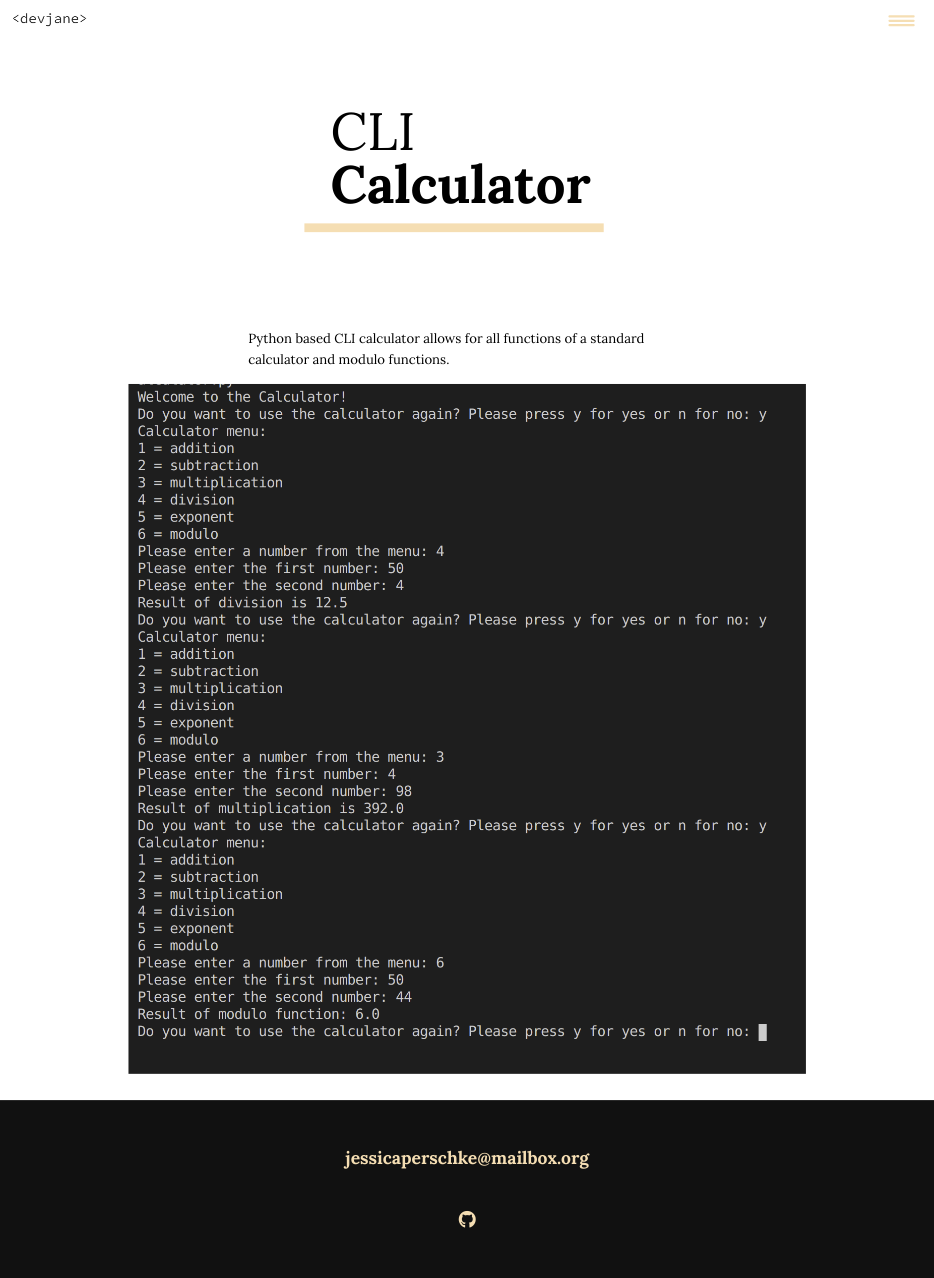
Repository: DinoDime/site
Page: portfolio-item3.html
An editor plug-in stored every save of this project. The page is shown before and after the next save, followed by the edit.
The browser window is 1280 px wide. The pictures show the whole page, at 73% of full size.
Some web libraries are served in a nearby version.

Above is the page before, as saved 2021-05-03 11:10:49.

After the next save:
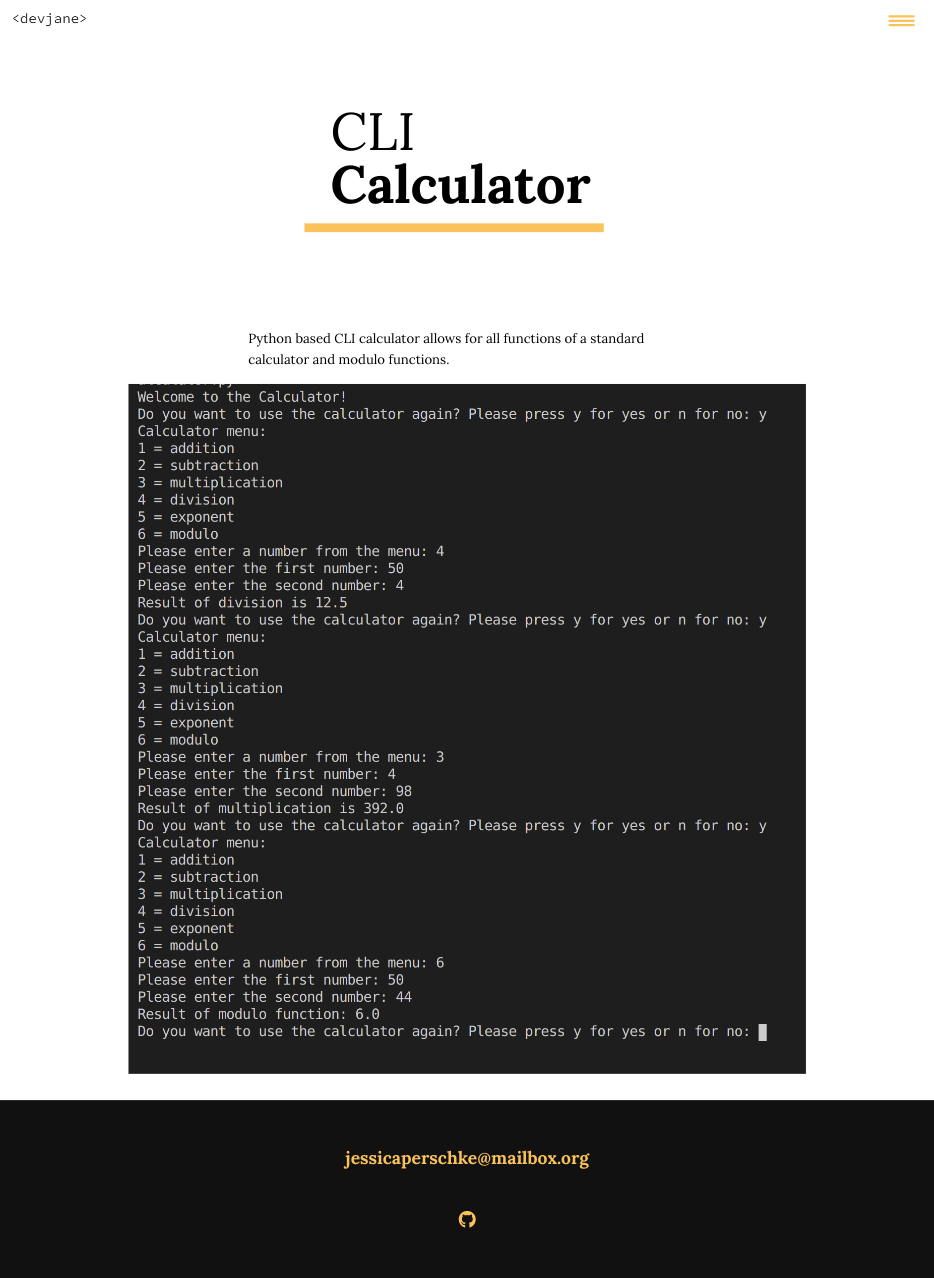
Saved 10 min 23 s later.
--- a/css/style.css
+++ b/css/style.css
@@ -15,7 +15,7 @@
 
   --clr-light: white;
   --clr-dark: black;
-  --clr-accent: wheat;
+  --clr-accent: rgb(250, 194, 90);
 
   --fs-h1: 3rem;
   --fs-h2: 2.25rem;
